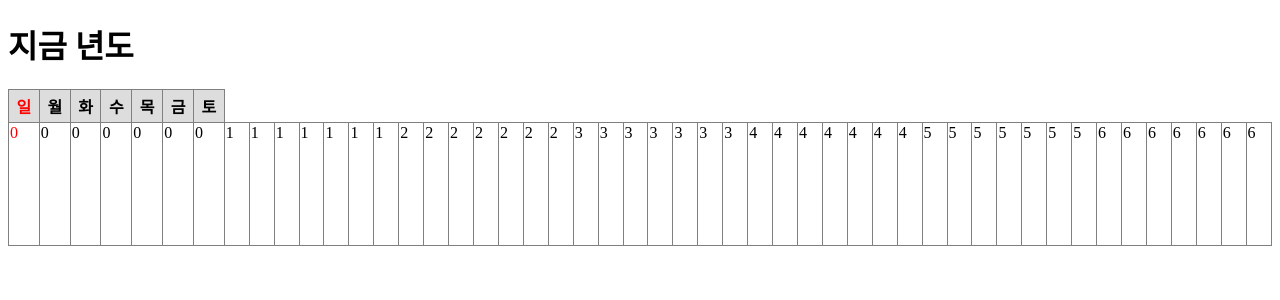
Repository: JIYEONGSTAR/GALENDAR
Page: http://localhost/devdog_calendar/calendar.jsp
An editor plug-in stored every save of this project. The page is shown before and after the next save, followed by the edit.
The browser window is 1280 px wide. The pictures show the whole page.
The page is served by Tomcat 9.

Above is the page before, as saved 2020-04-28 09:10:20.

After the next save:
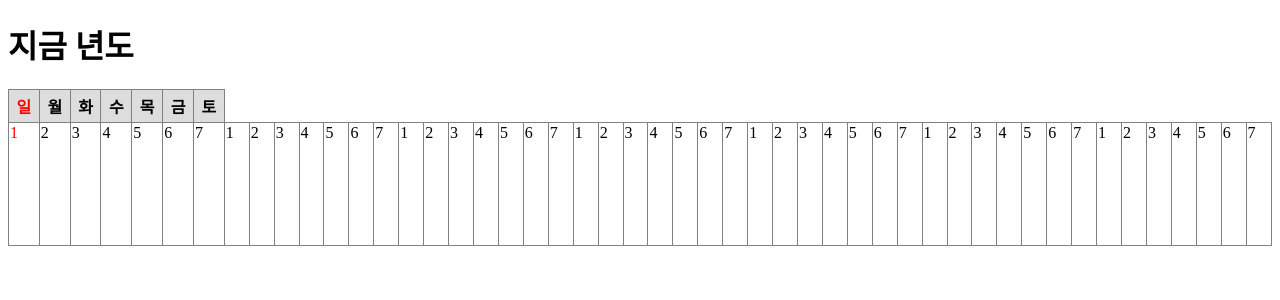
Saved 29 s later.
--- a/devdog_calendar/WebContent/calendar.jsp
+++ b/devdog_calendar/WebContent/calendar.jsp
@@ -37,7 +37,7 @@
         				<% out.println("<td></td>"); %>
         			<%}%>
         			<% for(int j=1;j<8-calendar1.startDay();j++){%>
-        				<td><%=i %></td>
+        				<td><%=j %></td>
         			<%}%>
 	 			<%} %>
 
